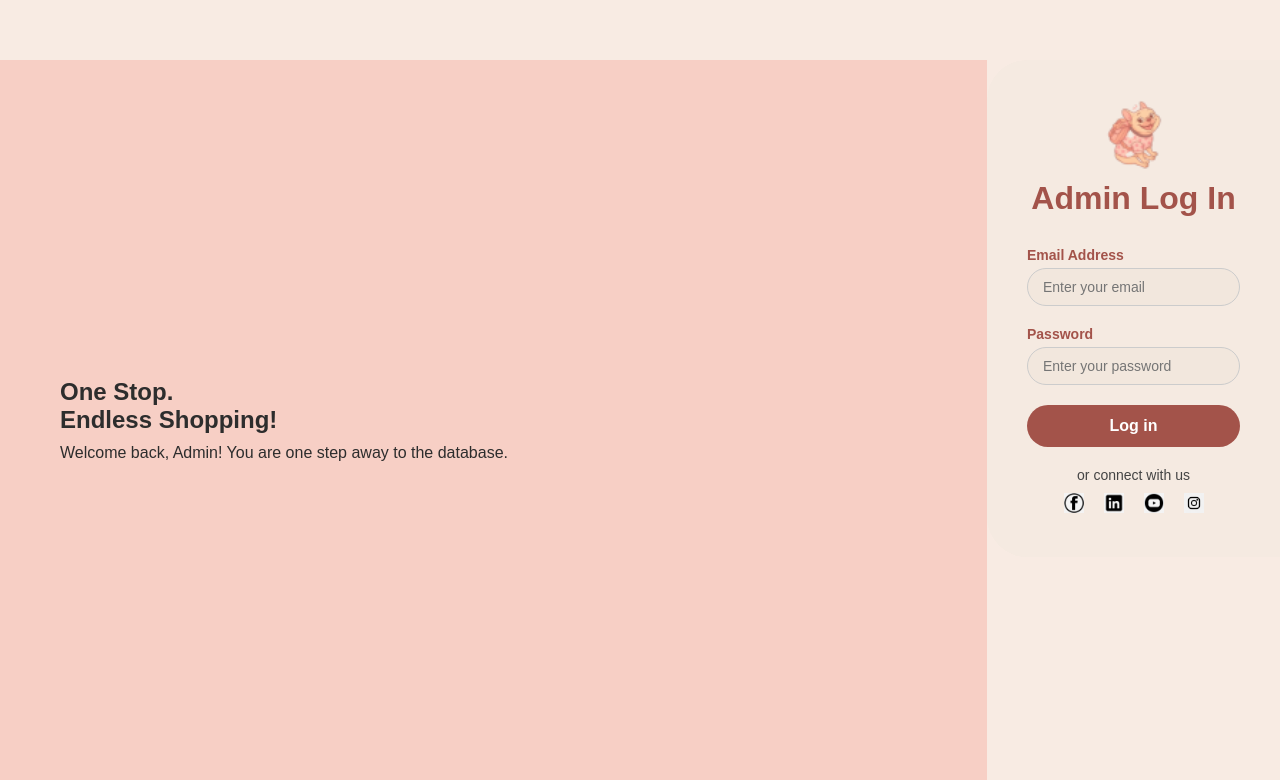
Repository: Yanayana-p/Bullgoods
Page: /adminlogin (app in Bullgoodiez/)
An editor plug-in stored every save of this project. The page is shown before and after the next save, followed by the edit.
The browser window is 1280 px wide. The pictures show the whole page.
Some web fonts or font styles are not loaded; a fallback is used. The project was rebuilt for these pictures with package versions that can differ from the ones it lists, and the page was loaded fresh each time. Also part of the build but not shown: Bullgoodiez/vite.config.js, Bullgoodiez/src/components/Navbar.css, Bullgoodiez/src/components/Navbar.jsx, Bullgoodiez/src/components/Home.jsx, Bullgoodiez/src/components/Developers.css, Bullgoodiez/src/components/Developers.jsx, Bullgoodiez/src/components/Mission1.css, Bullgoodiez/src/components/Mission1.jsx and 22 more.

Above is the page before, as saved 2025-05-18 22:31:04.

### Bullgoodiez/index.html
<!doctype html>
<html lang="en">
  <head>
    <meta charset="UTF-8" />
    <link rel="icon" type="image/svg+xml" href="/vite.svg" />
    <meta name="viewport" content="width=device-width, initial-scale=1.0" />
    <title>Bullgoods Marketplace</title>
       <!-- Google Fonts link-->
       <link href="https://fonts.googleapis.com/css2?family=Poetsen+One&display=swap" rel="stylesheet">
       <link rel="preconnect" href="https://fonts.googleapis.com">
   <link rel="preconnect" href="https://fonts.gstatic.com" crossorigin>
   <link href="https://fonts.googleapis.com/css2?family=Poppins:ital,wght@0,100;0,200;0,300;0,400;0,500;0,600;0,700;0,800;0,900;1,100;1,200;1,300;1,400;1,500;1,600;1,700;1,800;1,900&display=swap" rel="stylesheet">
   <link rel="preconnect" href="https://fonts.googleapis.com">
   <link rel="preconnect" href="https://fonts.gstatic.com" crossorigin>
   <link href="https://fonts.googleapis.com/css2?family=League+Spartan:wght@100..900&family=Poppins:ital,wght@0,100;0,200;0,300;0,400;0,500;0,600;0,700;0,800;0,900;1,100;1,200;1,300;1,400;1,500;1,600;1,700;1,800;1,900&display=swap" rel="stylesheet">

  </head>
  <body>
    <div id="root"></div>
    <script type="module" src="/src/main.jsx"></script>
  </body>
</html>

### Bullgoodiez/src/index.css
* {
  margin: 0;
  padding: 0;
  box-sizing: border-box;
}

body {
  font-family: 'Segoe UI', sans-serif;
  background-color: #F2E7DD;
  color: #333;
}

a {
  text-decoration: none;
  color: inherit;
}

html {
  scroll-behavior: smooth;
}

### Bullgoodiez/src/App.jsx
import React from 'react';
import { useParams } from 'react-router-dom';
import { BrowserRouter as Router, Routes, Route } from 'react-router-dom';

// Main page components
import Navbar from './components/Navbar';
import Home from './components/Home';
import Developers from './components/Developers';
import Mission from './components/Mission1';
import Footer from './components/Footer1';

// First page components
import Fnavbar1 from './firstpage/Fnavbar';
import Fhome from './firstpage/Fhome';
import Fcategory from './firstpage/fcategory';
import Fproducts from './firstpage/Fproducts';
import Ffooter from './firstpage/Ffooter';

// User page components
import Unavbar from './userpage/Unavbar';
import Uprofile from './userpage/Uprofile';
import Uinfo from './userpage/Uinfo';
import Ufooter from './userpage/Ufooter';

import LoginPage from './loginpage/loginpage';
import Navibar from './components/Navibar';

import Pnavbar from './dproductpage/Pnavbar';
import Pproduct from './dproductpage/Pproduct';
import Pfooter from './dproductpage/Pfooter';

import Alogin from './adminlogin/alogin';


function MainPage() {
  return (
    <>
      <Navbar />
      <div id="hero">
        <Home />
      </div>
      <div id="developers">
        <Developers />
      </div>
      <div id="mission">
        <Mission />
      </div>
      <div id="footer">
        <Footer />
      </div>
    </>
  );
}

function FirstPage() {
  return (
    <>
      <Fnavbar1 />
      <div className="fhome-wrapper">
        <Fhome />
      </div>
      <div className="fcategory-wrapper">
        <Fcategory />
      </div>
      <div className="fproducts-wrapper">
        <Fproducts />
      </div>
      <div className="ffooter-wrapper">
        <Ffooter />
      </div>
    </>
  );
}

function UserPage() {
  return (
    <>
      <Unavbar />
      <div className="Uprofile-wrapper">
        <Uprofile />
      </div>
      <div className="Uinfo-wrapper">
        <Uinfo />
      </div>
      <div className="Ufooter-wrapper">
        <Ufooter />
      </div>
    </>
  );
}

function ProductPage() {
  const { id } = useParams();
  return (
    <>
      <Pnavbar />
      <div className="product-wrapper">
        <Pproduct productId={id} />
      </div>
      <Pfooter />
    </>
  );
}

function AdminLogin() {
  return (
    <>
      <Alogin />
    </>
  );
}

function App() {
  return (
    <Router>
      <Routes>
        <Route path="/" element={<MainPage />} />
        <Route path="/firstpage" element={<FirstPage />} />
        <Route path="/userpage" element={<UserPage />} />
        <Route path="/loginpage" element={<><Navibar /> <LoginPage /></>} />
        <Route path="/dproductpage/:id" element={<ProductPage />} />
        <Route path="/adminlogin" element={<AdminLogin />} />
      </Routes>
    </Router>
  );
}

export default App;

### Bullgoodiez/src/adminlogin/alogin.jsx
import React from 'react';
import './alogin.css';

const Alogin = () => {
  return (
    <div className="admin-login-page">
      <div className="admin-left-panel">
        <h2>One Stop.<br />Endless Shopping!</h2>
        <p>Welcome back, Admin! You are one step away to the database.</p>
      </div>

      <div className="admin-right-wrapper">
        <div className="admin-right-panel">
          <img src="/webcon.png" alt="Bullgoods" className="logo" />
          <h1>Admin Log In</h1>
          <form className="login-form">
            <label>Email Address</label>
            <input type="email" placeholder="Enter your email" />

            <label>Password</label>
            <input type="password" placeholder="Enter your password" />

            <button type="submit">Log in</button>
          </form>

          <p className="connect-text">or connect with us</p>
          <div className="social-icons">
            <a href="#"><img src="/fb-icon.png" alt="Facebook" /></a>
            <a href="#"><img src="/linkedin-icon.png" alt="LinkedIn" /></a>
            <a href="#"><img src="/youtube-icon.png" alt="YouTube" /></a>
            <a href="#"><img src="/instagram-icon.png" alt="Instagram" /></a>
          </div>
        </div>
      </div>
    </div>
  );
};

export default Alogin;

### Bullgoodiez/src/components/Home.css
@import url('https://fonts.googleapis.com/css2?family=Dancing+Script:wght@400;700&family=Poppins:wght@400;600&display=swap');

.home-container {
    padding-top: 100px;
    text-align: center;
}

.hero-section {
    background-color: #f0f0f0;
    padding: 100px 40px;
    border: 2px solid #CA8E82;
    border-radius: 36px;
    max-width: 1500px;
    margin: 0 auto;
    display: flex;
    justify-content: space-between;
    align-items: center;
    gap: 0px;
    transition: transform 0.3s ease-in-out;
}

.hero-section:hover {
    transform: translateY(-10px);
}

.hero-section .image-container {
    width: 50%;
}

.hero-section img {
    width: 80%;
    height: auto;
    transition: transform 0.3s ease-in-out;
}

.hero-section img:hover {
    transform: scale(1.1);
}

.hero-section .text-container {
    width: 50%;
    text-align: center;
    display: flex;
    flex-direction: column;
    align-items: center;
    justify-content: center;
}

.hero-section h1 {
    font-family: 'Dancing Script', cursive;
    font-size: 48px;
    color: #CA8E82;
    margin-bottom: 20px;
    letter-spacing: 1px;
    animation: fadeIn 1s ease-out;
}

@keyframes fadeIn {
    0% {
        opacity: 0;
        transform: translateY(20px);
    }
    100% {
        opacity: 1;
        transform: translateY(0);
    }
}

.hero-section p {
    font-family: 'Poppins', sans-serif;
    font-size: 20px;
    color: #666;
    line-height: 1.6;
    letter-spacing: 0.5px;
    opacity: 0;
    animation: fadeIn 1.5s ease-out forwards;
    animation-delay: 0.5s;
}

.shop-now {
    padding: 10px 30px;
    background-color: #CA8E82;
    border: none;
    color: white;
    font-size: 18px;
    font-weight: bold;
    cursor: pointer;
    border-radius: 27px;
    margin-top: 20px;
    transition: background-color 0.3s ease, transform 0.3s ease;
}

.shop-now:hover {
    background-color: #292421;
    transform: translateY(-5px);
}

.features {
    padding: 50px 20px;
}

.features h2 {
    font-size: 30px;
    color: #333;
    font-family: 'Poppins', sans-serif;
    font-weight: 600;
}

.feature-cards {
    display: flex;
    justify-content: center;
    gap: 30px;
    margin-top: 40px;
}

.feature-card {
    background-color: #f8f8f8;
    border: 1px solid #ddd;
    padding: 20px;
    width: 250px;
    text-align: center;
    border-radius: 10px;
    transition: transform 0.3s ease, box-shadow 0.3s ease;
}

.feature-card:hover {
    transform: translateY(-10px);
    box-shadow: 0 8px 16px rgba(0, 0, 0, 0.1);
}

.feature-card h3 {
    font-size: 20px;
    color: #CA8E82;
    font-family: 'Dancing Script', cursive;
    transition: color 0.3s ease;
}

.feature-card:hover h3 {
    color: #292421;
}

.feature-card p {
    font-size: 16px;
    color: #555;
    font-family: 'Poppins', sans-serif;
    transition: color 0.3s ease;
}

.feature-card:hover p {
    color: #CA8E82;
}

### Bullgoodiez/src/components/Footer1.css
.footer {
    display: flex;
    justify-content: space-between;
    padding: 30px;
    background-color: #f2e7dd; /* Background color for the footer */
    color: #CA8E82; /* Text color */
    font-family: 'Arial', sans-serif;
    margin-top: 30px; /* Ensure there's space between the content and the footer */
    z-index: 1;  /* Set a lower z-index than the navbar if needed */
    position: relative; /* Ensures the footer is positioned within the normal document flow */
  }

  .footer-left {
    flex: 1;
    text-align: left;
  }

  .footer-left h2 {
    font-size: 30px;
    margin-bottom: 10px;
  }

  .social-icons a {
    margin-right: 15px;
  }

  .social-icons img {
    width: 20px;
    height: 20px;
  }

  .footer-right {
    color: #000000;
    flex: 2;
    display: flex;
    justify-content: space-between;
  }

  .footer-column {
    font-size: 15px;
    display: flex;
    flex-direction: column;
    width: 200px; /* Adjust width per column */
  }

  .footer-column h4 {
    font-size: 20px;
    margin-bottom: 10px;
  }

  .footer-column ul {
    list-style-type: none;
    padding: 0;
  }

  .footer-column li {
    margin-bottom: 8px;
    font-size: 16px;
  }

  .footer-column li:hover {
    text-decoration: underline;
  }

### Bullgoodiez/src/firstpage/Fnavbar.css
.fnavbar {
    display: flex;
    justify-content: space-between;
    align-items: center;
    padding: 10px 20px;
    background-color: #F2E7DD;
    position: fixed;
    top: 0;
    left: 0;
    right: 0;
    z-index: 100;
    transition: background-color 0.3s ease, box-shadow 0.3s ease;
  }

  .fnavbar-left {
    display: flex;
    justify-content: flex-start;
}

.fnavbar-center {
    display: flex;
    justify-content: center;
    flex: 2; /* This will take up more space in the middle */
}

.fnavbar-logo {
    height: 40px;
    margin-top: 10px;
}

.fnavbar-right {
    display: flex;
    gap: 10px;
    align-items: center;
    justify-content: center; /* Center the buttons */
    flex: 17; /* Ensures the right side only takes as much space as it needs */
}

.icon-button {
    background-color: #292421;
    color: #f3e7dd;
    border: none;
    border-radius: 37%;
    width: 40px;
    height: 40px;
    font-size: 18px;
    display: flex;
    align-items: center;
    justify-content: center;
    cursor: pointer;
    margin-top: 20px;
    transition: background-color 0.3s ease;
}

.icon-button:hover {
    background-color: #CA8E82;
}

  .start-selling {
    background-color: #292421;
    color: #f3e7dd;
    border: none;
    padding: 13px 34px;
    border-radius: 27px;
    font-weight: bold;
    cursor: pointer;
    margin-top: 20px;
    transition: background-color 0.3s ease;
  }

  .start-selling:hover {
    background-color: #CA8E82;
  }


  body {
    padding-top: 60px;
  }

### Bullgoodiez/src/firstpage/Ffooter.css
.footer {
    display: flex;
    justify-content: space-between;
    padding: 30px;
    background-color: #f2e7dd; /* Background color for the footer */
    color: #CA8E82; /* Text color */
    font-family: 'Arial', sans-serif;
    margin-top: 30px; /* Ensure there's space between the content and the footer */
    z-index: 1;  /* Set a lower z-index than the navbar if needed */
    position: relative; /* Ensures the footer is positioned within the normal document flow */
  }

  .footer-left {
    flex: 1;
    text-align: left;
  }

  .footer-left h2 {
    font-size: 30px;
    margin-bottom: 10px;
  }

  .social-icons a {
    margin-right: 15px;
  }

  .social-icons img {
    width: 20px;
    height: 20px;
  }

  .footer-right {
    color: #000000;
    flex: 2;
    display: flex;
    justify-content: space-between;
  }

  .footer-column {
    font-size: 15px;
    display: flex;
    flex-direction: column;
    width: 200px; /* Adjust width per column */
  }

  .footer-column h4 {
    font-size: 20px;
    margin-bottom: 10px;
  }

  .footer-column ul {
    list-style-type: none;
    padding: 0;
  }

  .footer-column li {
    margin-bottom: 8px;
    font-size: 16px;
  }

  .footer-column li:hover {
    text-decoration: underline;
  }

### Bullgoodiez/src/userpage/Uinfo.css
.user-form-minimal {
    width: 50%;
    margin-left: 2rem;
    padding: 2rem;
    background: none;
    box-shadow: none;
    transition: all 0.3s ease-in-out;
  }

  .user-form-minimal h2 {
    font-size: 1.8rem;
    margin-bottom: 1.5rem;
  }

  .form-row {
    display: flex;
    gap: 1rem;
    margin-bottom: 1rem;
  }

  .form-group {
    flex: 1;
    display: flex;
    flex-direction: column;
    transition: all 0.3s ease;
  }

  label {
    margin-bottom: 0.5rem;
    font-weight: bold;
  }

  input {
    padding: 0.5rem;
    border: 1px solid #ccc;
    border-radius: 4px;
    transition: border 0.3s ease, box-shadow 0.3s ease;
    background-color: #F2E7DD;
  }

  input:focus {
    border-color: #000;
    box-shadow: 0 0 5px rgba(0, 0, 0, 0.2);
    outline: none;
  }

  .submit-btn {
    width: 100%;
    padding: 0.75rem;
    background-color: #000;
    border-radius: 8px;
    color: white;
    border: none;
    margin-top: 1rem;
    cursor: pointer;
    transition: background-color 0.3s ease;
  }

  .submit-btn:hover {
    background-color: #333;
  }

  .action-buttons {
    display: flex;
    justify-content: space-between;
    margin-top: 1rem;
  }

  .edit-btn,
  .delete-btn {
    flex: 1;
    padding: 0.75rem;
    margin: 0.5rem;
    border: none;
    cursor: pointer;
    border-radius: 8px;
    transition: background-color 0.3s ease, transform 0.2s ease;
  }

  .edit-btn {
    background-color: #000;
    color: #F2E7DD;
  }

  .edit-btn:hover {
    background-color: #333;
    transform: scale(1.02);
  }

  .delete-btn {
    background-color: #b23b3b;
    color: white;
  }

  .delete-btn:hover {
    background-color: #911c1c;
    transform: scale(1.02);
  }

### Bullgoodiez/src/userpage/Ufooter.css
.footer {
    display: flex;
    justify-content: space-between;
    padding: 30px;
    background-color: #f2e7dd; /* Background color for the footer */
    color: #CA8E82; /* Text color */
    font-family: 'Arial', sans-serif;
    margin-top: 30px; /* Ensure there's space between the content and the footer */
    z-index: 1;  /* Set a lower z-index than the navbar if needed */
    position: relative; /* Ensures the footer is positioned within the normal document flow */
  }

  .footer-left {
    flex: 1;
    text-align: left;
  }

  .footer-left h2 {
    font-size: 30px;
    margin-bottom: 10px;
  }

  .social-icons a {
    margin-right: 15px;
  }

  .social-icons img {
    width: 20px;
    height: 20px;
  }

  .footer-right {
    color: #000000;
    flex: 2;
    display: flex;
    justify-content: space-between;
  }

  .footer-column {
    font-size: 15px;
    display: flex;
    flex-direction: column;
    width: 200px; /* Adjust width per column */
  }

  .footer-column h4 {
    font-size: 20px;
    margin-bottom: 10px;
  }

  .footer-column ul {
    list-style-type: none;
    padding: 0;
  }

  .footer-column li {
    margin-bottom: 8px;
    font-size: 16px;
  }

  .footer-column li:hover {
    text-decoration: underline;
  }

### Bullgoodiez/src/dproductpage/Pproduct.css
body {
  margin: 0;
  font-family: Arial, sans-serif;
  background-color: #f8ebe3;
}

.page-container {
  padding-top: 100px;
  display: flex;
  justify-content: center;
  overflow-x: hidden;
}

.product-container {
  display: flex;
  flex-direction: row;
  gap: 40px;
  max-width: 1000px;
  width: 100%;
  padding: 40px;
  border-radius: 12px;
  color: black;
  box-shadow: 0 2px 10px rgba(0, 0, 0, 0.1);
  flex-wrap: wrap; /* Allow wrap for responsiveness */
}

.image-section {
  flex: 1;
  min-width: 300px;
  display: flex;
  align-items: center;
  justify-content: center;
}

.main-image {
  width: 300px;
  height: 300px;
  object-fit: cover;
  border-radius: 10px;
  border: 2px solid #ccc;
}

.details-section {
  flex: 1;
  min-width: 300px;
  max-width: 100%;
  display: flex;
  flex-direction: column;
  justify-content: flex-start;
  overflow-y: auto;
  max-height: 400px; /* Set a height limit to allow scroll */
}

.details-section h2 {
  margin-bottom: 10px;
  font-size: 28px;
}

.price {
  color: #8b2d2d;
  font-size: 22px;
  margin-bottom: 15px;
}

.details-section p {
  font-size: 16px;
  line-height: 1.6;
  margin-bottom: 20px;
  word-wrap: break-word;
}

.button-row {
  display: flex;
  gap: 15px;
  flex-wrap: wrap;
}

.btn {
  padding: 10px 20px;
  background-color: #8b2d2d;
  color: white;
  border: none;
  border-radius: 20px;
  cursor: pointer;
  transition: background-color 0.3s;
}

.btn:hover {
  background-color: #5f1c1c;
}

.product-not-found {
  margin-top: 100px;
  text-align: center;
  font-size: 20px;
  color: red;
}

### Bullgoodiez/src/dproductpage/Pfooter.css
.footer {
    display: flex;
    justify-content: space-between;
    padding: 30px;
    background-color: #f2e7dd; /* Background color for the footer */
    color: #CA8E82; /* Text color */
    font-family: 'Arial', sans-serif;
    margin-top: 30px; /* Ensure there's space between the content and the footer */
    z-index: 1;  /* Set a lower z-index than the navbar if needed */
    position: relative; /* Ensures the footer is positioned within the normal document flow */
    flex-shrink: 0;
  }

  .footer-left {
    flex: 1;
    text-align: left;
  }

  .footer-left h2 {
    font-size: 30px;
    margin-bottom: 10px;
  }

  .social-icons a {
    margin-right: 15px;
  }

  .social-icons img {
    width: 20px;
    height: 20px;
  }

  .footer-right {
    color: #000000;
    flex: 2;
    display: flex;
    justify-content: space-between;
  }

  .footer-column {
    font-size: 15px;
    display: flex;
    flex-direction: column;
    width: 200px; /* Adjust width per column */
  }

  .footer-column h4 {
    font-size: 20px;
    margin-bottom: 10px;
  }

  .footer-column ul {
    list-style-type: none;
    padding: 0;
  }

  .footer-column li {
    margin-bottom: 8px;
    font-size: 16px;
  }

  .footer-column li:hover {
    text-decoration: underline;
  }

### Bullgoodiez/src/adminlogin/alogin.css
.admin-login-page {
  display: flex;
  height: 100vh;
  font-family: 'Arial', sans-serif;
}

.admin-left-panel {
  flex: 1;
  background-color: #f7cfc5;
  color: #2d2d2d;
  display: flex;
  flex-direction: column;
  justify-content: center;
  padding: 0 60px;
}

.admin-left-panel h2 {
  font-size: 24px;
  font-weight: bold;
  margin-bottom: 10px;
}

.admin-left-panel p {
  font-size: 16px;
}

.admin-right-panel {
  flex: 1;
  background-color: #f5eae1;
  display: flex;
  flex-direction: column;
  justify-content: center;
  align-items: center;
  padding: 40px;
  border-top-left-radius: 40px;
  border-bottom-left-radius: 40px;
}

.logo {
  width: 60px;
  margin-bottom: 10px;
}

h1 {
  color: #a3534a;
  margin-bottom: 30px;
}

.login-form {
  width: 100%;
  max-width: 350px;
  display: flex;
  flex-direction: column;
}

.login-form label {
  color: #a3534a;
  margin-bottom: 5px;
  font-size: 14px;
}

.login-form input {
  margin-bottom: 20px;
  padding: 10px 15px;
  border-radius: 20px;
  border: 1px solid #ccc;
  outline: none;
  font-size: 14px;
}

.login-form button {
  background-color: #a3534a;
  color: white;
  border: none;
  border-radius: 25px;
  padding: 12px 0;
  font-weight: bold;
  cursor: pointer;
  font-size: 16px;
  transition: background-color 0.3s ease;
}

.login-form button:hover {
  background-color: #7b3e38;
}

.connect-text {
  margin: 20px 0 10px;
  font-size: 14px;
  color: #444;
}

.social-icons a {
  margin: 0 10px;
}

.social-icons img {
  width: 20px;
  height: 20px;
}

Loaded but not shown: Bullgoodiez/src/main.jsx (common file); Bullgoodiez/src/firstpage/Fhome.css (121 lines, source omitted)

After the next save:
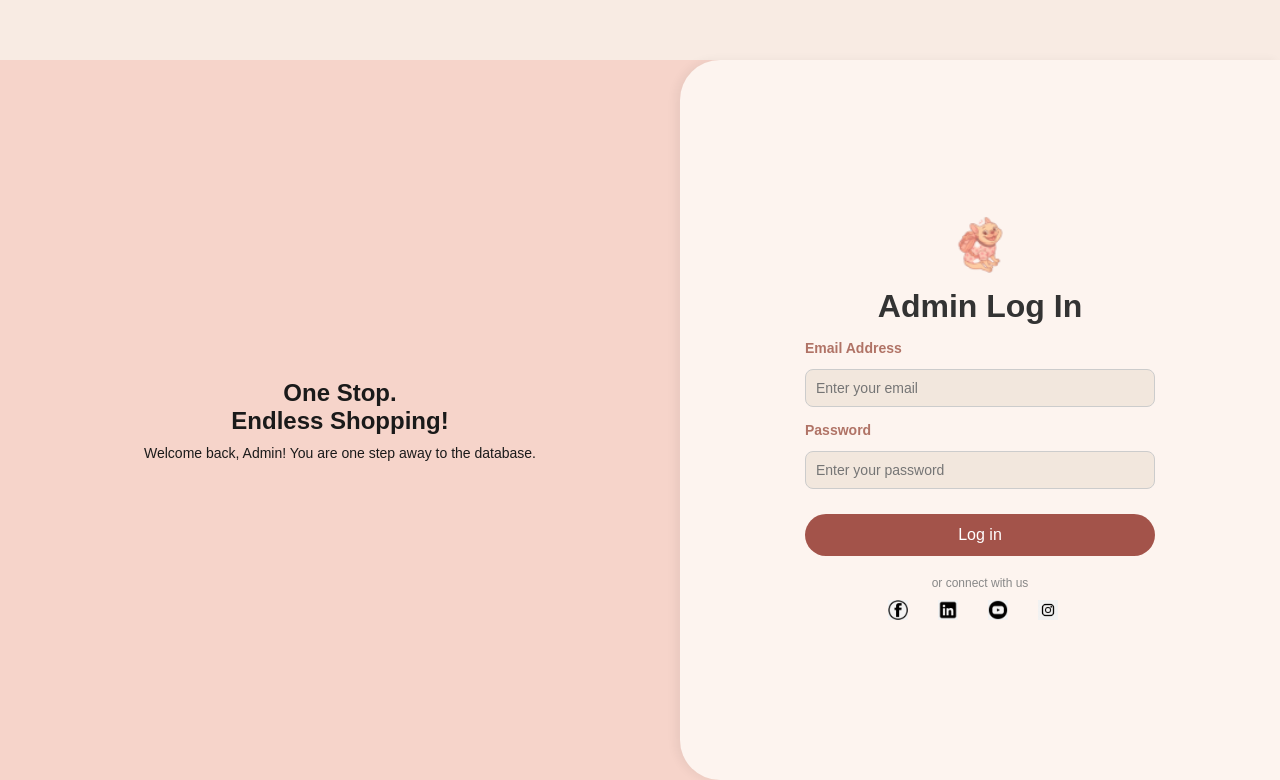
Saved 7 s later.
--- a/Bullgoodiez/src/adminlogin/alogin.css
+++ b/Bullgoodiez/src/adminlogin/alogin.css
@@ -1,17 +1,18 @@
 .admin-login-page {
   display: flex;
   height: 100vh;
+  background-color: #f6d4ca;
   font-family: 'Arial', sans-serif;
 }
 
 .admin-left-panel {
   flex: 1;
-  background-color: #f7cfc5;
-  color: #2d2d2d;
+  padding: 60px 40px;
+  color: #1a1a1a;
   display: flex;
   flex-direction: column;
   justify-content: center;
-  padding: 0 60px;
+  text-align: center;
 }
 
 .admin-left-panel h2 {
@@ -21,77 +22,77 @@
 }
 
 .admin-left-panel p {
-  font-size: 16px;
+  font-size: 14px;
+}
+
+.admin-right-wrapper {
+  flex: 1;
+  display: flex;
+  align-items: center;
+  justify-content: center;
+  background-color: #fdf4ef;
+  border-top-left-radius: 40px;
+  border-bottom-left-radius: 40px;
+  box-shadow: -5px 0 10px rgba(0, 0, 0, 0.05);
 }
 
 .admin-right-panel {
-  flex: 1;
-  background-color: #f5eae1;
-  display: flex;
-  flex-direction: column;
-  justify-content: center;
-  align-items: center;
-  padding: 40px;
-  border-top-left-radius: 40px;
-  border-bottom-left-radius: 40px;
+  background: none;
+  width: 80%;
+  max-width: 350px;
+  text-align: center;
 }
 
 .logo {
-  width: 60px;
+  width: 50px;
   margin-bottom: 10px;
 }
 
-h1 {
-  color: #a3534a;
-  margin-bottom: 30px;
-}
-
 .login-form {
-  width: 100%;
-  max-width: 350px;
   display: flex;
   flex-direction: column;
+  text-align: left;
 }
 
 .login-form label {
-  color: #a3534a;
-  margin-bottom: 5px;
   font-size: 14px;
+  margin-top: 15px;
+  color: #b07366;
 }
 
 .login-form input {
-  margin-bottom: 20px;
-  padding: 10px 15px;
-  border-radius: 20px;
+  padding: 10px;
+  margin-top: 5px;
+  border-radius: 8px;
   border: 1px solid #ccc;
-  outline: none;
   font-size: 14px;
 }
 
 .login-form button {
+  margin-top: 25px;
+  padding: 12px;
   background-color: #a3534a;
   color: white;
   border: none;
   border-radius: 25px;
-  padding: 12px 0;
-  font-weight: bold;
+  font-size: 16px;
   cursor: pointer;
-  font-size: 16px;
-  transition: background-color 0.3s ease;
 }
 
 .login-form button:hover {
-  background-color: #7b3e38;
+  background-color: #803c36;
 }
 
 .connect-text {
   margin: 20px 0 10px;
-  font-size: 14px;
-  color: #444;
+  font-size: 12px;
+  color: #888;
 }
 
-.social-icons a {
-  margin: 0 10px;
+.social-icons {
+  display: flex;
+  justify-content: center;
+  gap: 15px;
 }
 
 .social-icons img {
